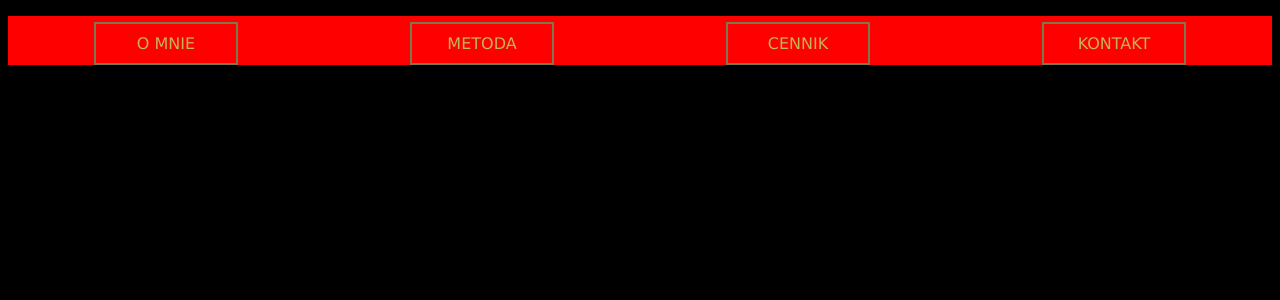
Repository: LechCieslak/Anna_Cieslak_v2.1
Page: index.html
These files come from the project's save history. The page is drawn as it stood at one moment and after the next save; the edit follows.
The browser window is 1280 px wide. The pictures show the whole page.

Above is the page before, as saved 2020-08-27 21:25:03.

### index.html
<!DOCTYPE html>
<html lang="pl">
<head>
    <meta charset="UTF-8">
    <meta name="viewport" content="width=device-width, initial-scale=1.0">
    <link rel="stylesheet" href="style.css">
    <title>Przyjazne miejsce</title>
</head>
<body>

    <main>

        <div class="bodyCover">

            <div class="menu">
                <ul>
                    <li class="li1">O MNIE</li>
                    <li class="li2">METODA</li>
                    <li class="li3">CENNIK</li>
                    <li class="li4">KONTAKT</li>
                </ul>
            </div>

            <div class="oMnie shape">
                <h1>O MNIE</h1>
                <p>Lorem, ipsum dolor sit amet consectetur adipisicing elit. Tenetur illum, dolores ipsum earum qui eligendi quaerat itaque debitis quo cumque repudiandae fugit quisquam nisi quas sunt voluptatem alias enim vero porro reprehenderit. Quisquam possimus labore voluptate facere voluptatum mollitia eveniet dicta quis vitae ullam quae saepe veniam quos ut, dolor, fuga repellat, veritatis quam modi odio placeat! Vero, reprehenderit repellendus? Delectus sit voluptate minus quam ratione numquam ipsum nemo commodi rem nesciunt consequatur, sunt cumque, repellat aliquam excepturi dolores aut suscipit minima nisi veritatis itaque ad explicabo perspiciatis voluptatibus! Cumque id adipisci officiis facere, tenetur quod provident. Eveniet, exercitationem necessitatibus.</p>
            </div>

            <div class="metoda shape">
                <h1>METODA</h1>
                <p>Lorem, ipsum dolor sit amet consectetur adipisicing elit. Tenetur illum, dolores ipsum earum qui eligendi quaerat itaque debitis quo cumque repudiandae fugit quisquam nisi quas sunt voluptatem alias enim vero porro reprehenderit. Quisquam possimus labore voluptate facere voluptatum mollitia eveniet dicta quis vitae ullam quae saepe veniam quos ut, dolor, fuga repellat, veritatis quam modi odio placeat! Vero, reprehenderit repellendus? Delectus sit voluptate minus quam ratione numquam ipsum nemo commodi rem nesciunt consequatur, sunt cumque, repellat aliquam excepturi dolores aut suscipit minima nisi veritatis itaque ad explicabo perspiciatis voluptatibus! Cumque id adipisci officiis facere, tenetur quod provident. Eveniet, exercitationem necessitatibus.</p>
            </div>

            <div class="cennik shape">
                <h1>CENNIK</h1>
                <p>Lorem, ipsum dolor sit amet consectetur adipisicing elit. Tenetur illum, dolores ipsum earum qui eligendi quaerat itaque debitis quo cumque repudiandae fugit quisquam nisi quas sunt voluptatem alias enim vero porro reprehenderit. Quisquam possimus labore voluptate facere voluptatum mollitia eveniet dicta quis vitae ullam quae saepe veniam quos ut, dolor, fuga repellat, veritatis quam modi odio placeat! Vero, reprehenderit repellendus? Delectus sit voluptate minus quam ratione numquam ipsum nemo commodi rem nesciunt consequatur, sunt cumque, repellat aliquam excepturi dolores aut suscipit minima nisi veritatis itaque ad explicabo perspiciatis voluptatibus! Cumque id adipisci officiis facere, tenetur quod provident. Eveniet, exercitationem necessitatibus.</p>
            </div>

            <div class="kontakt shape">
                <h1>KONTAKT</h1>
                <p>Lorem, ipsum dolor sit amet consectetur adipisicing elit. Tenetur illum, dolores ipsum earum qui eligendi quaerat itaque debitis quo cumque repudiandae fugit quisquam nisi quas sunt voluptatem alias enim vero porro reprehenderit. Quisquam possimus labore voluptate facere voluptatum mollitia eveniet dicta quis vitae ullam quae saepe veniam quos ut, dolor, fuga repellat, veritatis quam modi odio placeat! Vero, reprehenderit repellendus? Delectus sit voluptate minus quam ratione numquam ipsum nemo commodi rem nesciunt consequatur, sunt cumque, repellat aliquam excepturi dolores aut suscipit minima nisi veritatis itaque ad explicabo perspiciatis voluptatibus! Cumque id adipisci officiis facere, tenetur quod provident. Eveniet, exercitationem necessitatibus.</p>
            </div>

        </div>
    </main>


    <script src="app.js"></script>
</body>
</html>

### style.css
* {
    font-family: verdana;
    padding: 0px;
}

body {
    --tlo: #4C6464;
    --text: #C5B358;
    --ramka: #7F784E;
    /* background-position: center; */
    background-color: black;
    color: var(--text);
    /* animation: backgroundEffect 3s forwards; */
}

.bodyCover {
    /* background-color: red; */
}

main {
    width: 100%;
    height: 100%;
    position: relative;
    background-color: red;
}

ul {
    display: flex;
    justify-content: space-around;
}

.menu li {
    margin-top: 6px;
    padding: 10px;
    display: inline-block;
    border: solid 2px var(--ramka);
    list-style-type: none;
    width: 120px;
    cursor: pointer;
    text-align:center;
}

.shape {
    border: solid 3px var(--ramka);
    /* width: 70%; */
    opacity: 0;
    padding: 10px;
    position: absolute;
}

.nowa {
    opacity: 1;
}

@keyframes backgroundEffect {
    50% {
        opacity: 0;
        background-color: var(--tlo);
    }
    100% {
        opacity: 1;
        background-image: url("images/background-poz.jpg");

    }
}

/* style css - duże ekrany
@media (min-width: 1100px) {
    body {
        font-size: 30px;
    }
} */

@media (max-width: 600px) {
    body {
        /* style css - tel. pionowo */
        background-image: url("images/background-pion.jpg");
        font-size: 10px;
    }

    .menu li {
        width: 50px;
        height: 8px;
        padding-top: 6px;
    }
}

@media (max-width: 320px) {
    ul {
        width: 55px;
        display: block;
    }
}

### app.js
let a = document.querySelector('.li1');
let b = document.querySelector('.oMnie');
let c = document.querySelector('.li2');
let d = document.querySelector('.metoda');
let e = document.querySelector('.li3');
let f = document.querySelector('.cennik');
let g = document.querySelector('.li4');
let h = document.querySelector('.kontakt');

a.addEventListener('click', e => {
  b.classList.toggle("nowa");
  d.classList.remove("nowa");
  f.classList.remove("nowa");
  h.classList.remove("nowa");
});


c.addEventListener('click', e => {
  d.classList.toggle("nowa");
  b.classList.remove("nowa");
  f.classList.remove("nowa");
  h.classList.remove("nowa");
});

e.addEventListener('click', e => {
  f.classList.toggle("nowa");
  b.classList.remove("nowa");
  d.classList.remove("nowa");
  h.classList.remove("nowa");
});


g.addEventListener('click', e => {
  h.classList.toggle("nowa");
  b.classList.remove("nowa");
  d.classList.remove("nowa");
  f.classList.remove("nowa");
});

After the next save:
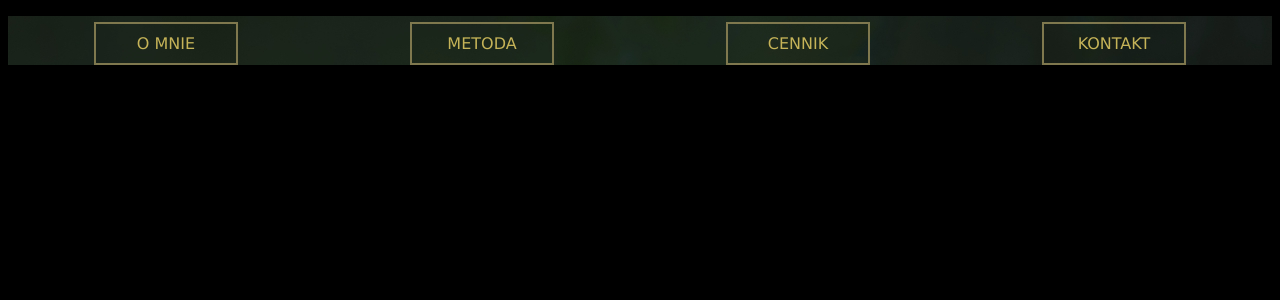
Saved 79 s later.
--- a/style.css
+++ b/style.css
@@ -21,7 +21,7 @@ main {
     width: 100%;
     height: 100%;
     position: relative;
-    background-color: red;
+    background-image: url("images/background-poz.jpg");
 }
 
 ul {
